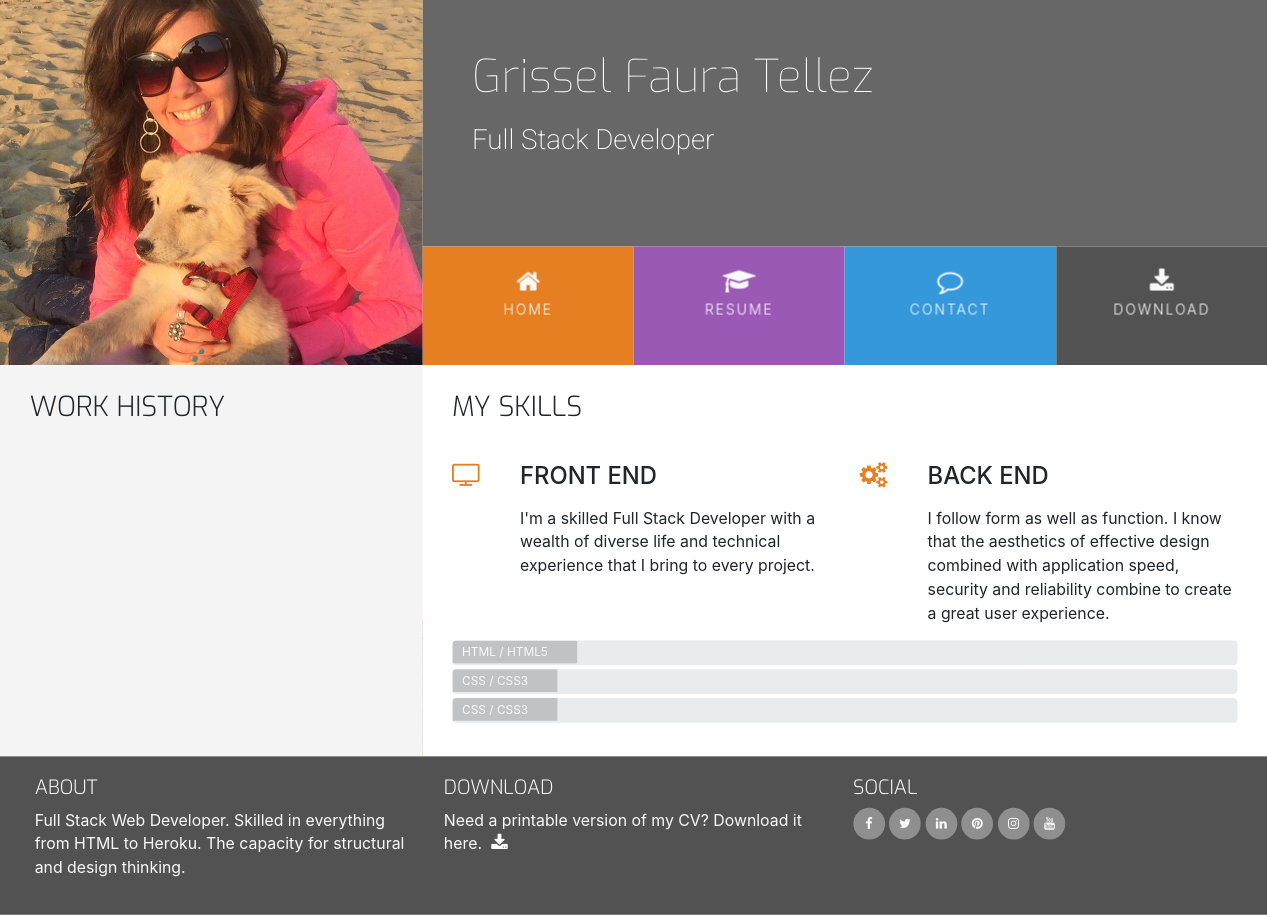
Repository: grisselfaura/Resume-Project-Introduction
Page: resume.html
The author's editor kept a record of every edit. The page is drawn from the files as they stood at one moment, then again after the next edit.
The browser window is 1280 px wide. The pictures show the whole page, at 99% of full size.

Above is the page before.

After the next edit:
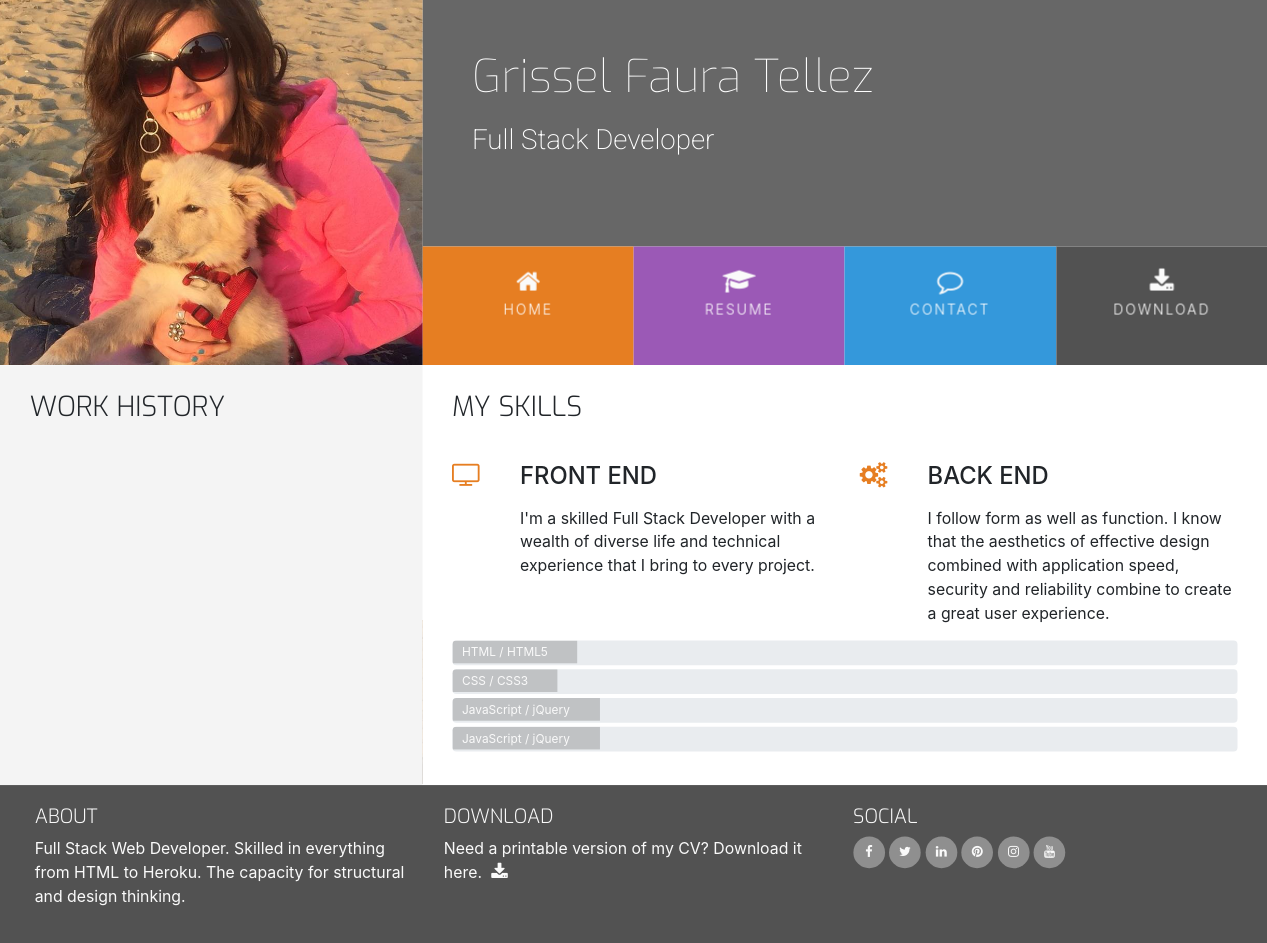
The edit:
--- a/resume.html
+++ b/resume.html
@@ -103,7 +103,13 @@
                             <div class="progress-bar bg-info" role="progressbar" aria-valuenow="70" aria-valuemin="0" aria-valuemax="100" style:"width:70%;">
                                 <span class="sr-only">70% complete</span>
                             </div>
-                            <span class="progress-type">CSS / CSS3</span>
+                            <span class="progress-type">JavaScript / jQuery</span>
+                        </div>
+                        <div class="progress">
+                            <div class="progress-bar bg-warning" role="progressbar" aria-valuenow="70" aria-valuemin="0" aria-valuemax="100" style:"width:70%;">
+                                <span class="sr-only">70% complete</span>
+                            </div>
+                            <span class="progress-type">JavaScript / jQuery</span>
                         </div>
                     </div>
                 </div>
